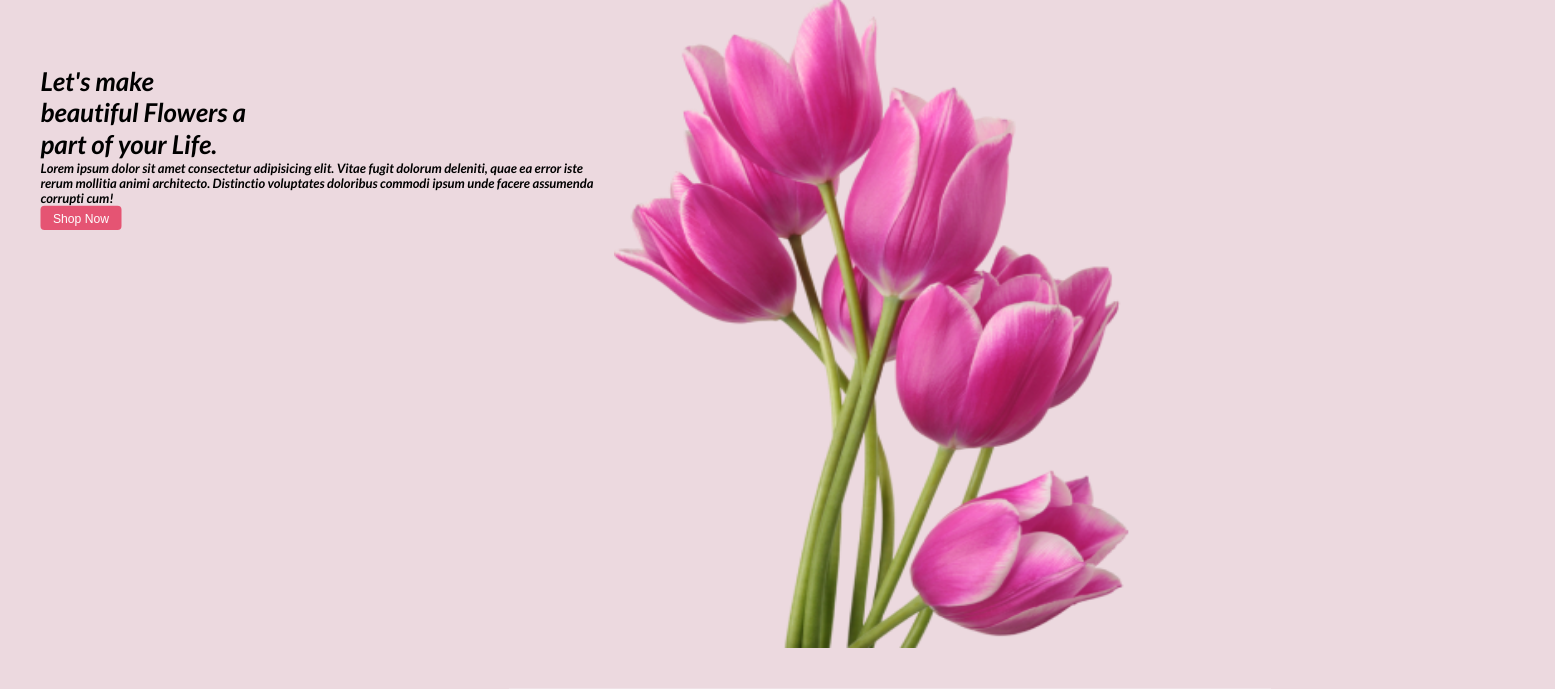
Repository: AnitaAkter/anita-flower-shop
Page: index.html
The author's editor kept a copy of each file at every save. The page is drawn from the files as they stood at one save, then again after the next save.
The browser window is 1280 px wide. The page is 1920 px wide, so the pictures cover 1920 px, including what lies to the right of the window. The pictures show the whole page, at 81% of full size.

Above is the page before, as saved 2023-09-04 20:36:59.

After the next save:
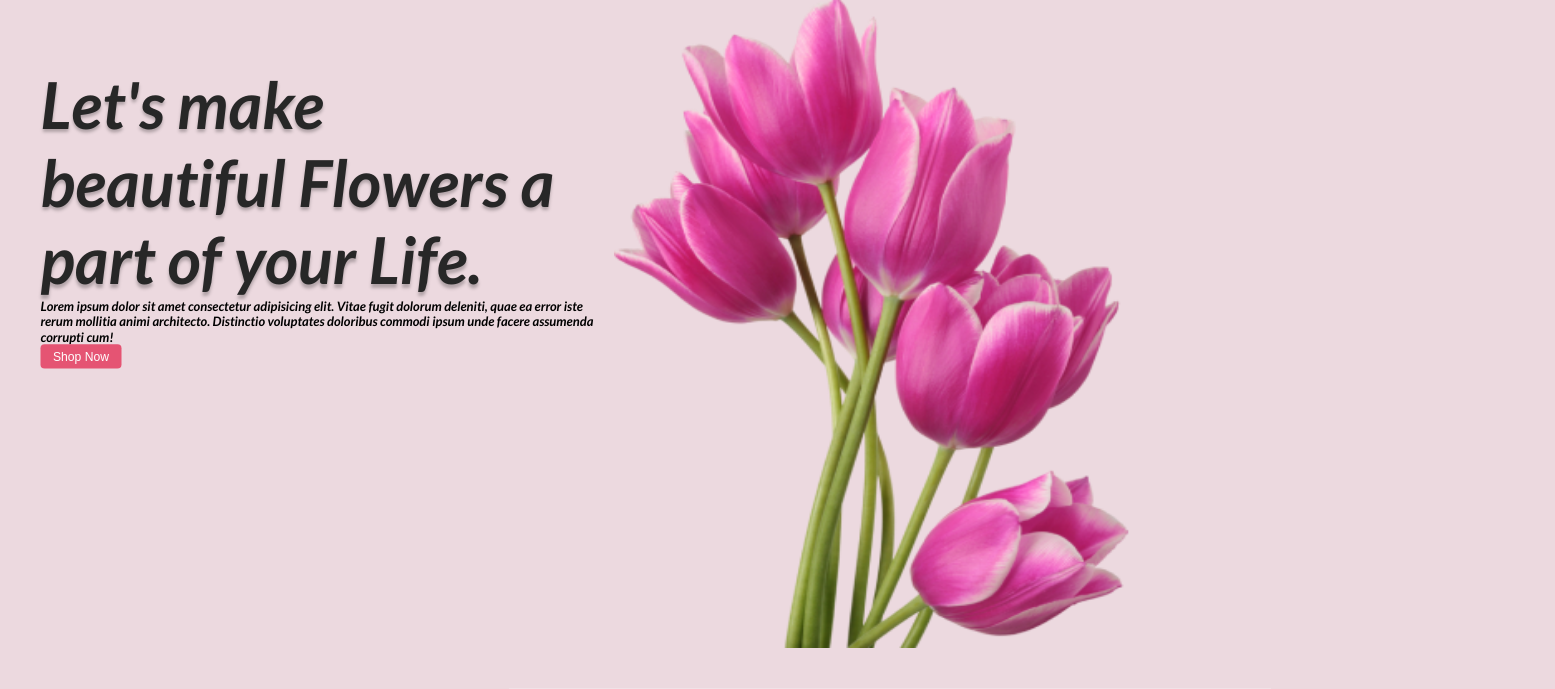
Saved 14 s later.
--- a/style.css
+++ b/style.css
@@ -24,8 +24,14 @@ header {
 
 }
 
-.header-intro h1{
-
+.header-intro h1 {
+    color: #272727;
+    text-shadow: 0px 4px 4px rgba(0, 0, 0, 0.25);
+    font-family: Lato;
+    font-size: 80px;
+    font-style: normal;
+    font-weight: 800;
+    line-height: normal;
 }
 
 .header-btn {
